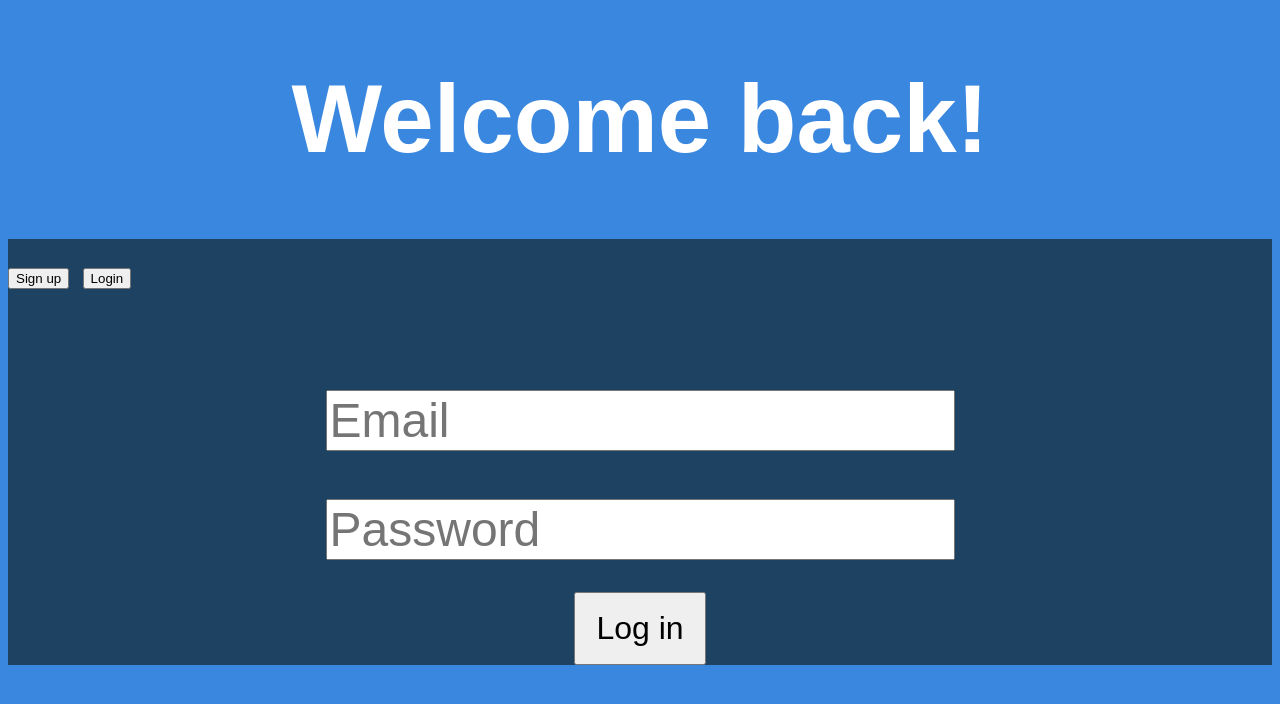
Repository: NicolasssCarlos/basic-flask-login
Page: http://localhost/
An editor plug-in stored every save of this project. The page is shown before and after the next save, followed by the edit.
The browser window is 1280 px wide. The pictures show the whole page.
The page is served by the project's application, run on Flask 3 (app.py).

Above is the page before, as saved 2025-06-11 20:35:08.

### templates/index.html
<!DOCTYPE html>
<html lang="en">
<head>
    <meta charset="UTF-8">
    <meta name="viewport" content="width=device-width, initial-scale=1.0">


    <link rel="stylesheet" href="{{url_for('static', filename='main.css')}}">
    <title>Document</title>
</head>
<body class="login">


    <div class="container">


        <h1>Welcome back!</h1>


        <div class="log-in">


            <form method="post">


                <div class="buttons">


                    <button type="button" onclick="window.location.href='/signup'">Sign up</button>


                    <button type="button" onclick="window.location.href='/'">Login</button>



                </div>


                <div class="inputs">


                    <input type="email" name="email" placeholder="Email">


                    <input type="password" name="password" placeholder="Password">


                    <button type="submit">Log in</button>



                </div>



            </form>



        </div>


        {% if welcome %}


            {{ welcome }}


        {% elif error %}


            {{ error }}


        {% endif %}



    </div>



</body>
</html>

### app.py
from flask import Flask, render_template, request
import sqlite3



app = Flask(__name__)



connection = sqlite3.connect("users_log.db", check_same_thread=False)
cursor = connection.cursor()



cursor.execute("""
    CREATE TABLE IF NOT EXISTS users_log (
        id INTEGER PRIMARY KEY AUTOINCREMENT,
        name TEXT,
        username TEXT,
        email TEXT,
        password TEXT
    )
""")

@app.route("/", methods=["POST", "GET"])
def home():
    welcome = error = ""

    if request.method == "POST":
        email = request.form.get("email")
        password = request.form.get("password")

        cursor.execute("SELECT * FROM users_log WHERE email = ?", (email,))
        user_found = cursor.fetchone()

        if user_found:
            if user_found[4] == password:
                welcome = f"Welcome, {user_found[1]}"
            else:
                error = "Login failed. Incorrect email or password"

    return render_template("index.html", welcome=welcome, error=error)

@app.route("/signup", methods=["POST", "GET"])
def signup():
    errors = []
    welcome = ""

    if request.method == "POST":
        name = request.form.get("name")
        username = request.form.get("username")
        email = request.form.get("email")
        password = request.form.get("password")

        if name and username and email and password:
            cursor.execute("SELECT * FROM users_log WHERE email = ?", (email,))
            if cursor.fetchone():
                errors.append("Email is already in use")

            cursor.execute("SELECT * FROM users_log WHERE username = ?", (username,))
            if cursor.fetchone():
                errors.append("Username is already in use")

            if not errors:
                cursor.execute(
                    "INSERT INTO users_log (name, username, email, password) VALUES (?, ?, ?, ?)",
                    (name, username, email, password)
                )

                cursor.execute("SELECT * FROM users_log WHERE username = ?", (username,))
                user = cursor.fetchone()
                user_name = user[1]
                welcome = f"Welcome, {user_name}"

    return render_template("login.html", errors=errors, welcome=welcome)

if __name__ == "__main__":
    app.run(debug=True)

### static/main.css
.login {

    font-family: Arial, Helvetica, sans-serif;


    font-size: 3rem;


    background-color: #3a87df;


    color: #fff;


    margin-bottom: 0;



}


.login h1 {


    align-items: center;


    justify-content: center;


    text-align: center;



}


.login .container .log-in {





    background-color: #1e4262;


    color: #fff;



}


.inputs {



    display: flex;


    flex-direction: column;


    gap: 1rem;


    width: 30%;


    margin: 0 auto;


    margin-top: 5rem;


    align-items: center;


    justify-content: center;


    text-align: center;
}


.inputs input {


    font-size: 3rem;


    margin-bottom: 1rem;


    margin-top: 1rem;



}


.inputs button {


    font-size: 2rem;


    width: 35%;


    align-items: center;


    justify-content: center;


    text-align: center;


    padding: 1rem;
}

After the next save:
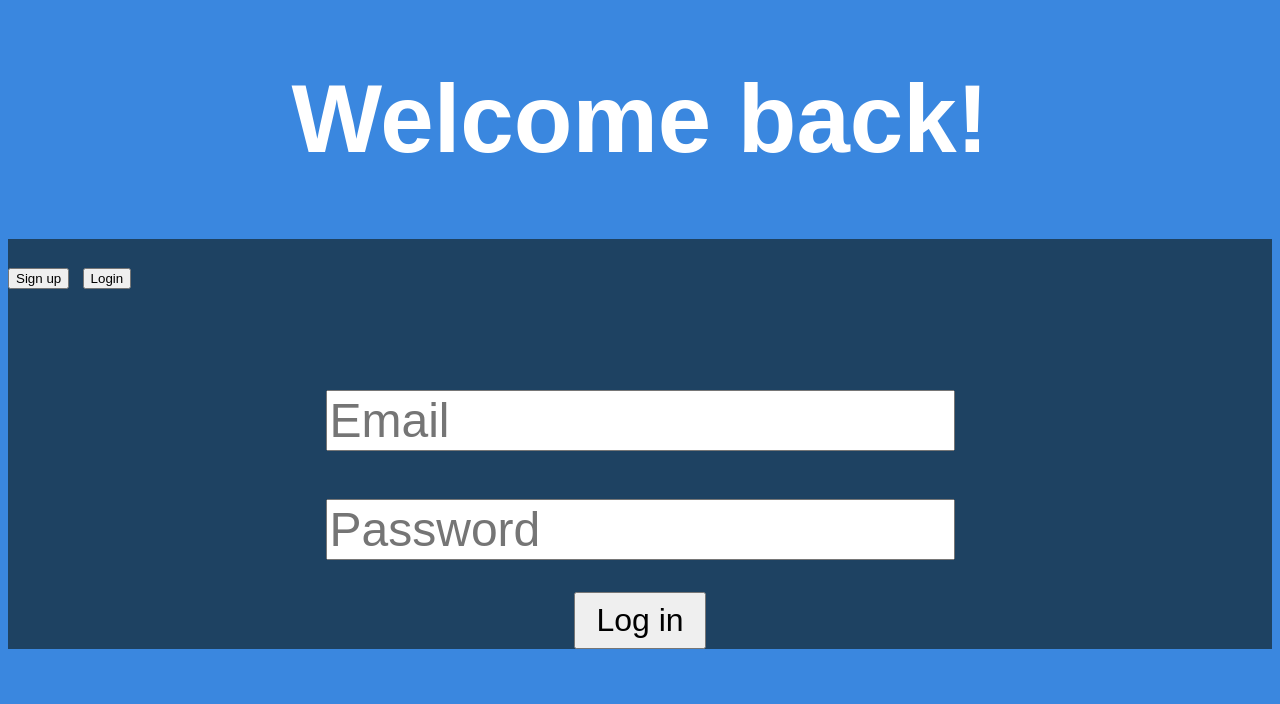
Saved 9 s later.
--- a/static/main.css
+++ b/static/main.css
@@ -117,5 +117,5 @@
     text-align: center;
 
 
-    padding: 1rem;
+    padding: 0.5rem;
 }
